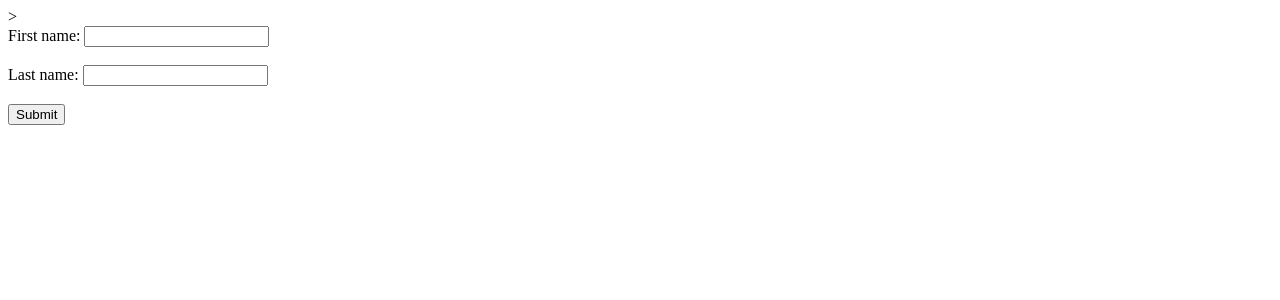
Repository: rohanbhavare1234/BikeServiceWorkspace
Page: eclipse-workspace/jspdemo/WebContent/student-form.html
The author's editor kept a copy of each file at every save. The page is drawn from the files as they stood at one save, then again after the next save.
The browser window is 1280 px wide. The pictures show the whole page.

Above is the page before, as saved 2023-04-09 11:46:51.

### eclipse-workspace/jspdemo/WebContent/student-form.html
<html>
<head>><title> Student Registration Form</title></head>
<body>
<form action="student-response.jsp">

	First name: <input type="text" name="firstName"/>

	<br/><br/>

	Last name: <input type="text" name="LastName"/>

	<br/><br/>

	<input type="submit" value="Submit"/>

</form>
</body>
</html>

After the next save:
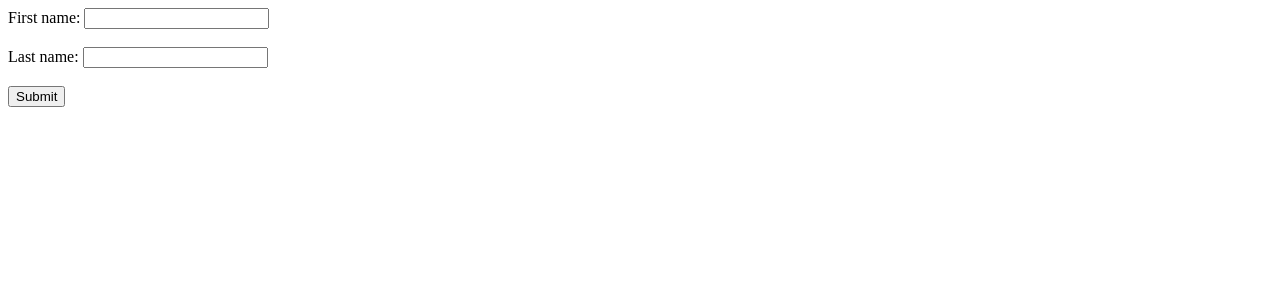
Saved 20 s later.
--- a/eclipse-workspace/jspdemo/WebContent/student-form.html
+++ b/eclipse-workspace/jspdemo/WebContent/student-form.html
@@ -1,5 +1,5 @@
 <html>
-<head>><title> Student Registration Form</title></head>
+<head><title> Student Registration Form</title></head>
 <body>
 <form action="student-response.jsp">
 
